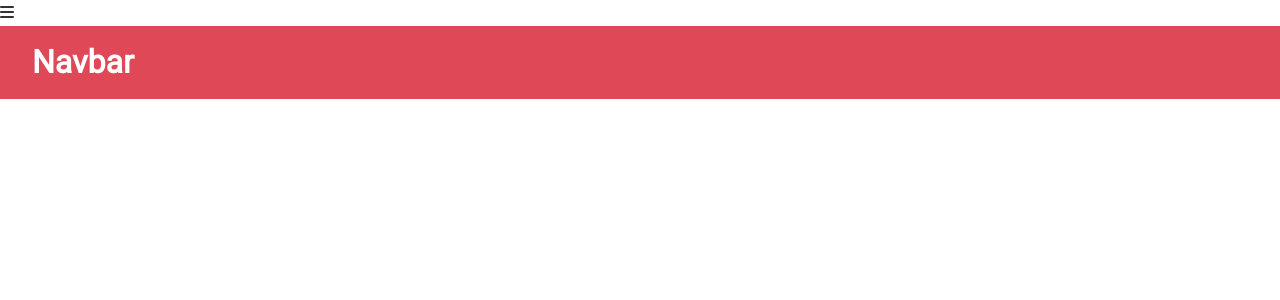
Repository: madebymt/github-finder
Page: /
The author's editor kept a copy of each file at every save. The page is drawn from the files as they stood at one save, then again after the next save.
The browser window is 1280 px wide. The pictures show the whole page.
Some web libraries are served in a nearby version. The project was rebuilt for these pictures with package versions that can differ from the ones it lists, and the page was loaded fresh each time.

Above is the page before, as saved 2019-07-06 10:54:16.

After the next save:
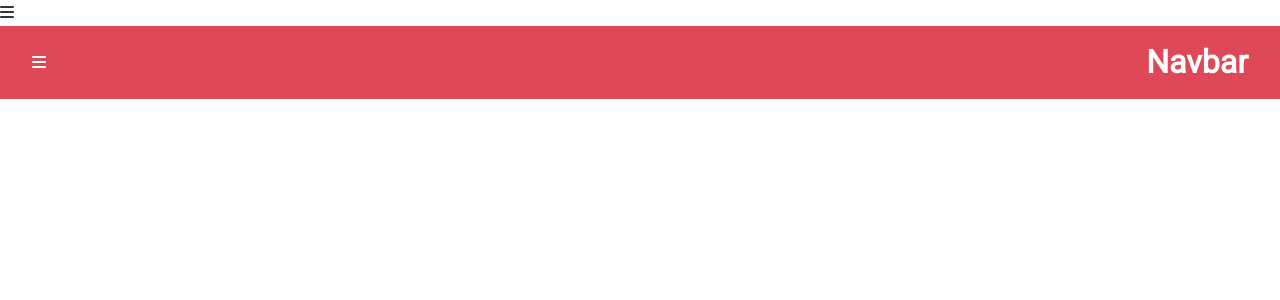
Saved 13 s later.
--- a/src/components/layout/Navbar.js
+++ b/src/components/layout/Navbar.js
@@ -4,6 +4,7 @@
   render() {
     return (
       <div className='navbar bg-primary'>
+        <i class='fas fa-bars' />
         <h1>Navbar</h1>
       </div>
     );
